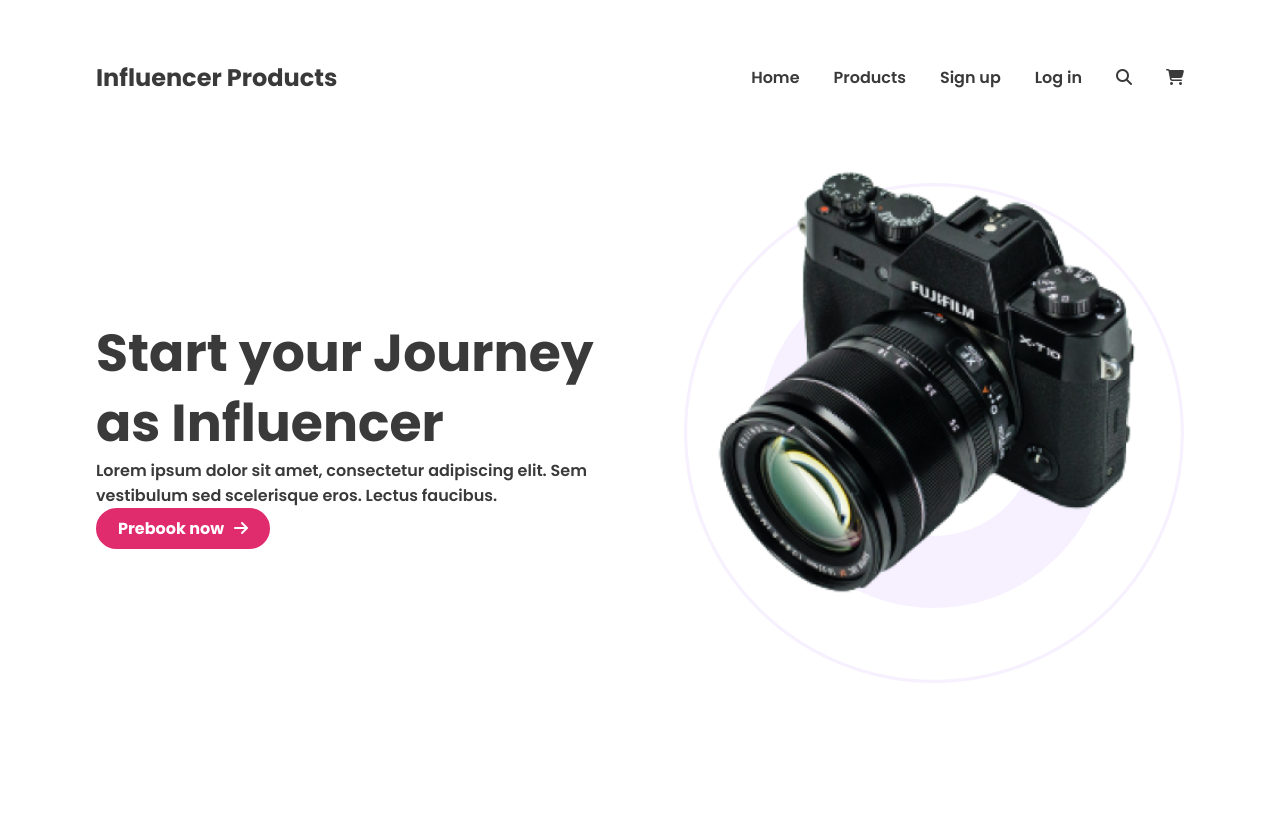
Repository: ShouravAhammed/Influencer-Gear-webpage
Page: index.html
An editor plug-in stored every save of this project. The page is shown before and after the next save, followed by the edit.
The browser window is 1280 px wide. The pictures show the whole page.
Some web libraries are served in a nearby version.

Above is the page before, as saved 2024-01-14 22:49:28.

After the next save:
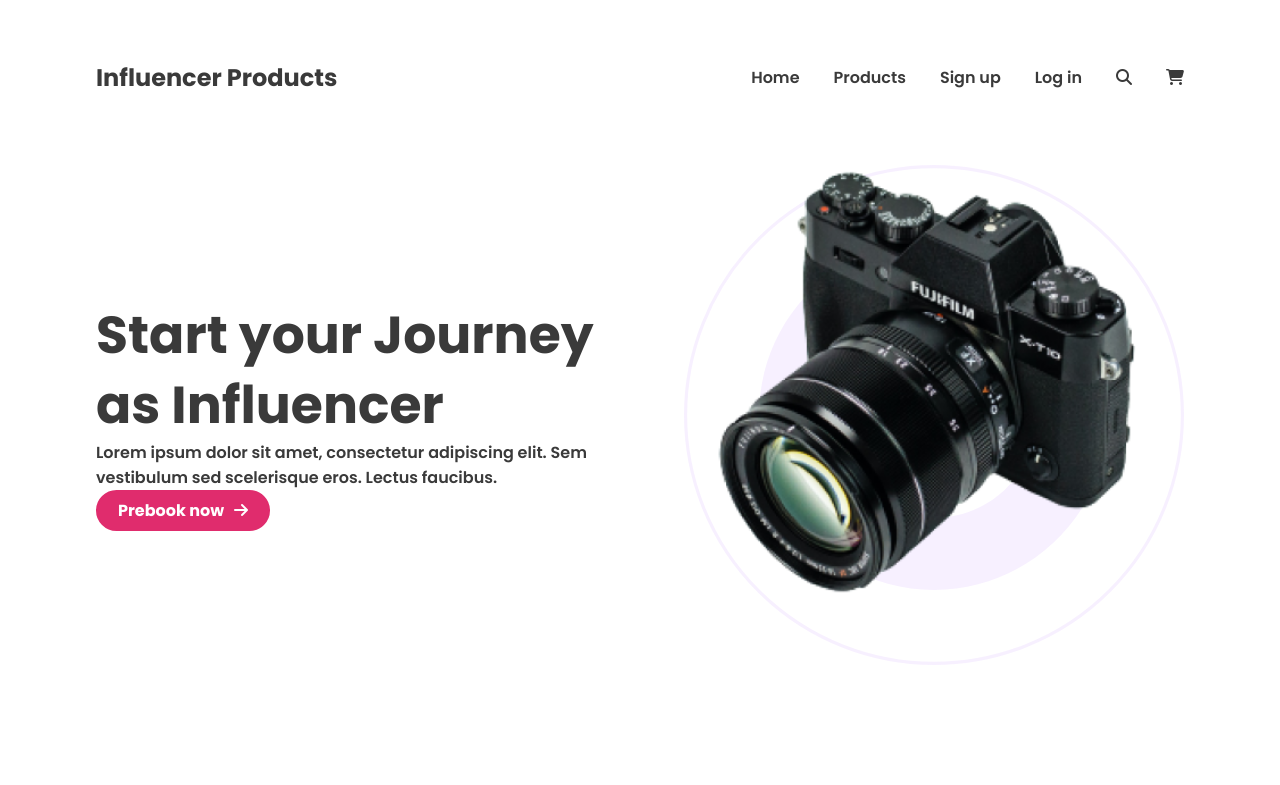
Saved 12 s later.
--- a/Style/style.css
+++ b/Style/style.css
@@ -100,7 +100,7 @@
 }
 .banner-img{
     background-image: url(../images/Circle\ design.svg);
-    height: 80vh;
+    height: 75vh;
     background-position: center;
     background-repeat: no-repeat;
     background-size: contain;
